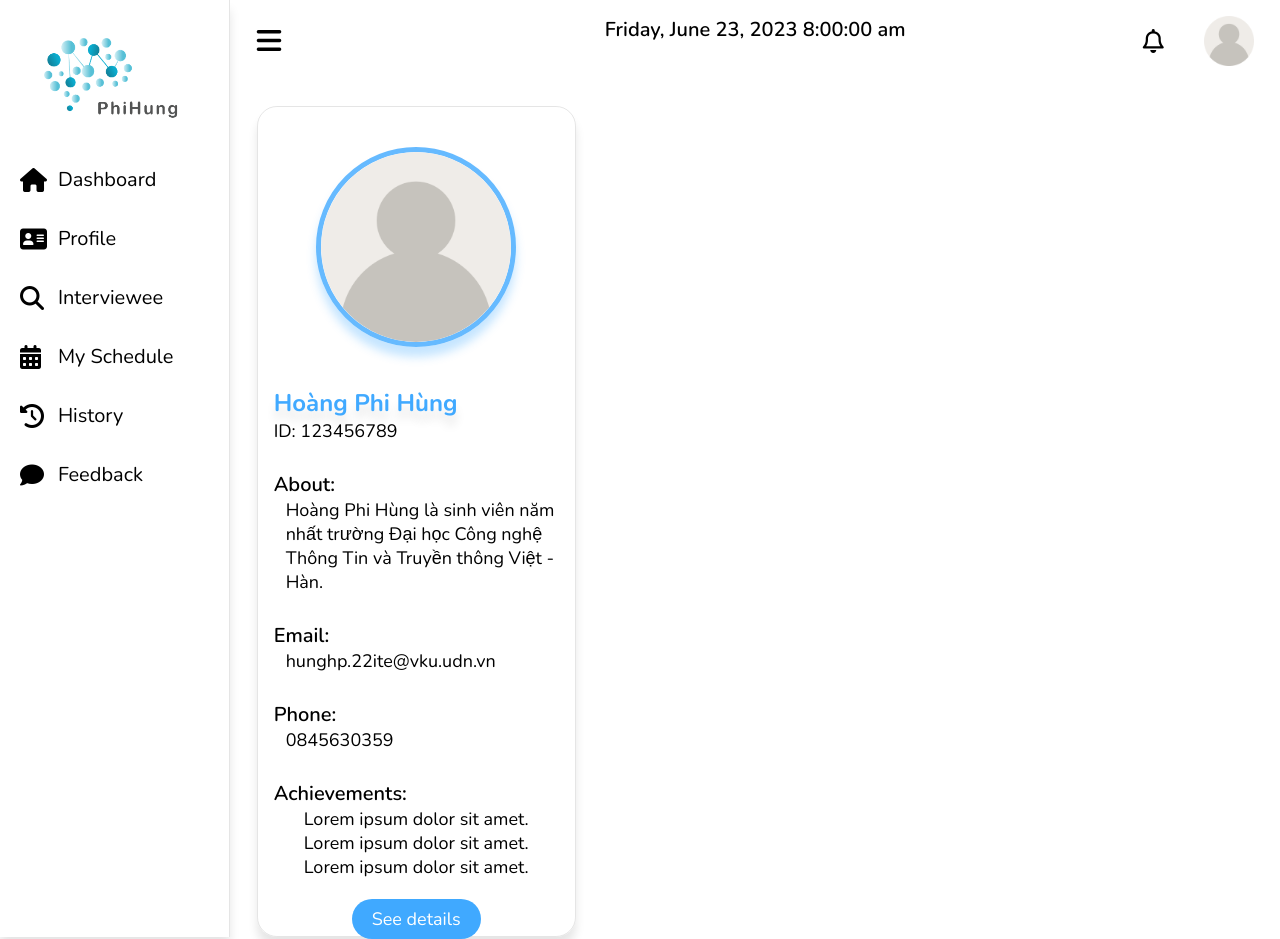
Repository: hphihungit/InterviewService
Page: interviewee.html
The author's editor kept a copy of each file at every save. The page is drawn from the files as they stood at one save, then again after the next save.
The browser window is 1280 px wide. The pictures show the whole page.

Above is the page before, as saved 2023-06-01 00:36:24.

After the next save:
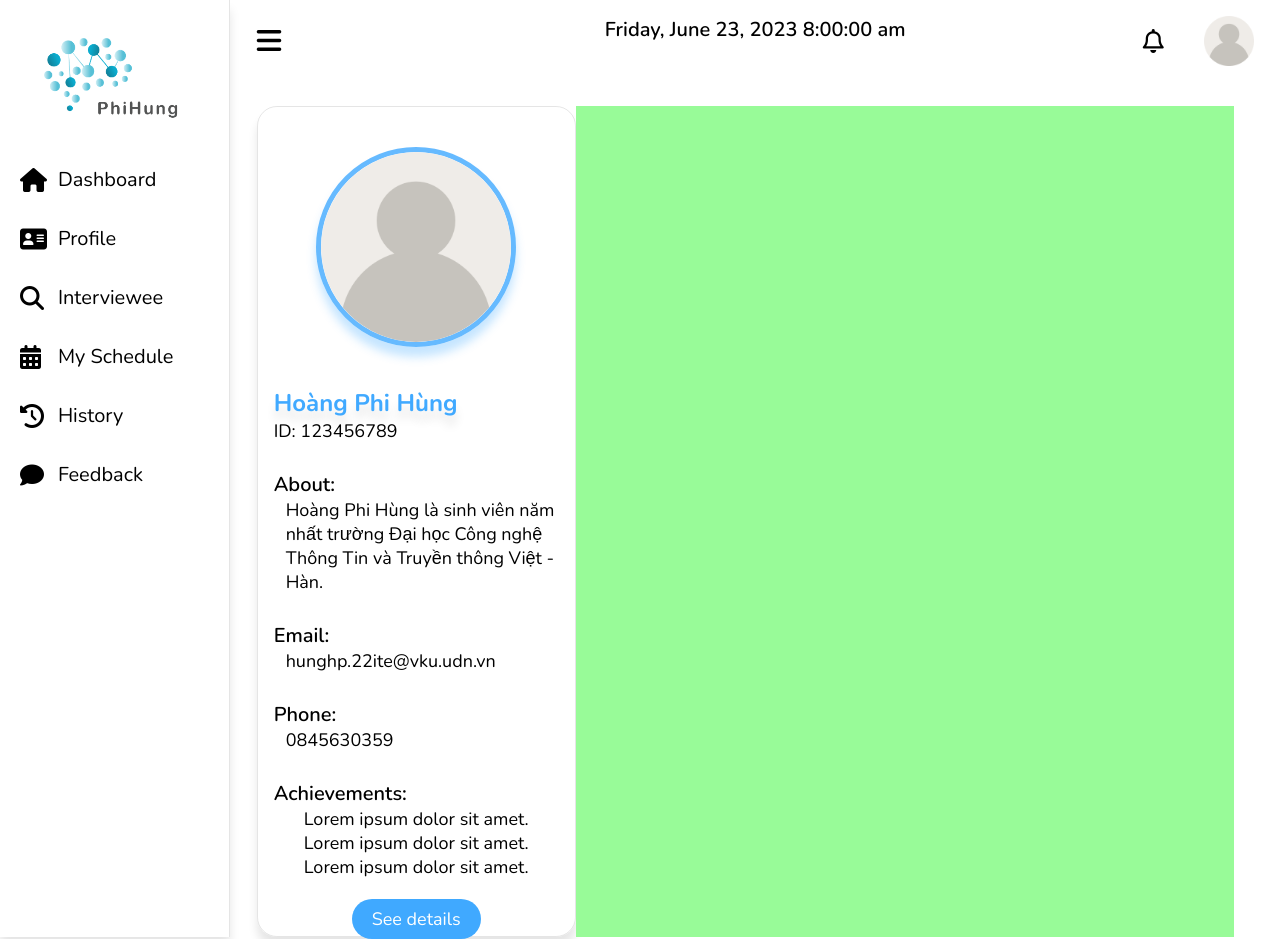
Saved 13 s later.
--- a/assets/css/interviewee.css
+++ b/assets/css/interviewee.css
@@ -198,4 +198,5 @@
 
 .info {
     width: 66%;
-}
+    background-color: palegreen;
+}
